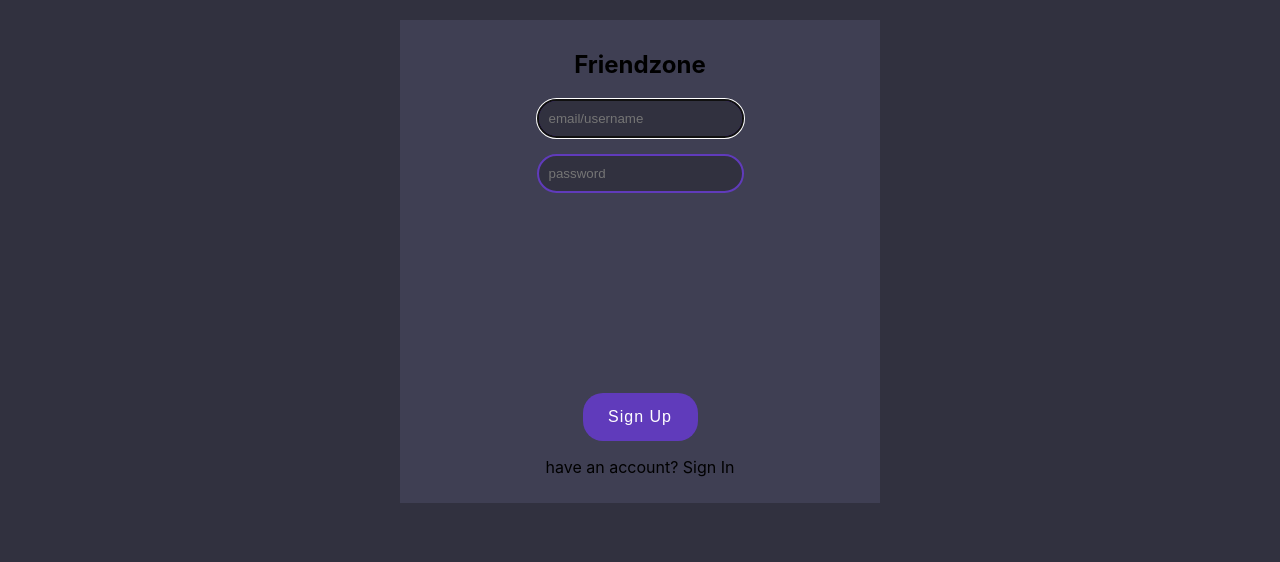
Repository: DerickT02/friend-zone
Page: /
The author's editor kept a copy of each file at every save. The page is drawn from the files as they stood at one save, then again after the next save.
The browser window is 1280 px wide. The pictures show the whole page.
The project was rebuilt for these pictures with package versions that can differ from the ones it lists, and the page was loaded fresh each time. Also part of the build but not shown: src/Appreducer.js, src/GlobalState.js, src/Post.js, src/Homepage.js, src/fire.js.

Above is the page before, as saved 2021-07-07 08:02:22.

### src/index.js
import React from 'react';
import ReactDOM from 'react-dom';
import './index.css';
import App from './App';


ReactDOM.render(

    <App />,
  document.getElementById('root')
);

// If you want to start measuring performance in your app, pass a function
// to log results (for example: reportWebVitals(console.log))
// or send to an analytics endpoint. Learn more: https://bit.ly/CRA-vitals

### src/index.css
body {
  margin: 0;
  font-family: -apple-system, BlinkMacSystemFont, 'Segoe UI', 'Roboto', 'Oxygen',
    'Ubuntu', 'Cantarell', 'Fira Sans', 'Droid Sans', 'Helvetica Neue',
    sans-serif;
  -webkit-font-smoothing: antialiased;
  -moz-osx-font-smoothing: grayscale;
  background-color: rgb(49, 49, 63);

}

code {
  font-family: source-code-pro, Menlo, Monaco, Consolas, 'Courier New',
    monospace;
}

### src/App.js
import React, { Component, useState, useEffect } from 'react'
import { BrowserRouter, Switch, Link, Route, Redirect, Router} from 'react-router-dom'
import Login from './Login'
import Homepage from './Homepage'
import './App.css'

import fire from './fire'
import GlobalProvider from './GlobalState'

function App() {
  const [user, setUser] = useState('')
  const [email, setEmail] = useState('')
  const [password, setPassword] = useState('')
  const [emailError, setEmailError] = useState('')
  const [passwordError, setPasswordError] = useState('')
  const [hasAccount, setHasAccount] = useState(false)

const clearInputs = () => {
  setEmail('')
  setPassword('')
}

const clearErrors = () => {
  setEmailError('');
  setPasswordError('')
}

const handleLogin = () => {
  clearErrors()
  fire
  .auth()
  .signInWithEmailAndPassword(email, password)
  .catch(err => {
      switch(err.code){
          case 'auth/invalid-email':
          case 'auth/user-disabled':
          case 'auth/user-not-found':
              setEmailError(err.message)
              break;
          case 'auth/wrong-password':
              setPasswordError(err.message)
              break
      }
  })
}

const handleSignup = () => {
  clearErrors()
  fire
  .auth()
  .createUserWithEmailAndPassword(email, password)
  .catch(err => {
      switch(err.code){
          case 'auth/email-already-in-use':
          case 'auth/invalid-email':
          setEmailError(err.message);
          break;

          case 'auth/weak-password':
          setPasswordError(err.message)
      }
  })
}

const handleLogout = () => {
  fire
  .auth()
  .signOut()
}

const authListener = () => {
  fire.auth().onAuthStateChanged((user) => {
    if(user){
      clearInputs()
      setUser(user)
    }
    else {
        setUser('')
    }
  })
}

useEffect(() => {
  authListener()
}, [])

  return (
    <div className="App">
    {user ? (
      <BrowserRouter>
      <GlobalProvider>
      <Switch>
        <Route exact path = '/'><Redirect to = "/homepage"/></Route>
        <Route exact path = '/homepage'><Homepage handleLogout = {handleLogout}/></Route>
      </Switch>
      </GlobalProvider>
     </BrowserRouter>
    ) : (

      <BrowserRouter>
      <Switch>
      <Route exact path = '/homepage'><Redirect to = "/" /></Route>
        <Route><Login email = {email}
            setEmail = {setEmail}
            password = {password}
            setPassword={setPassword}
            handleLogin={handleLogin}
            handleSignup={handleSignup}
            hasAccount={hasAccount}
            setHasAccount={setHasAccount}
            emailError={emailError}
            passwordError={passwordError} /></Route>
      </Switch>
      </BrowserRouter>
    )}

    </div>
  );
}

export default App;

### src/Login.js
import React, { Component, useState, useEffect } from 'react'
import './Login.css'
import {Link} from 'react-router-dom'

const Login = (props) => {
    const {email, setEmail, password, setPassword, handleLogin, handleSignup, hasAccount, setHasAccount, emailError, passwordError} = props
    return (
        <section className = "login">
        <div className="loginContainer" >

<h1>Friendzone</h1>


<div className = 'inputContainer'>
<input placeholder = 'email/username' type ="text" autoFocus required value = {email} onChange={(e) => setEmail(e.target.value)}/>
<p className ="errorMsg">{emailError}</p>

<input placeholder = 'password' type ="password" required value = {password} onChange={(e) => setPassword(e.target.value)} />
<p className = "errorMsg">{passwordError}</p>
</div>

<div className="btnContainer">

    {hasAccount ? (
        <div>
       <button type = "submit" onClick = {handleLogin}>Sign in</button>
        <p>Don't have an account? <span onClick ={() => setHasAccount(!hasAccount)}>Sign Up</span></p>
        </div>
    ):(
        <div>
        <button type = "submit" onClick={handleSignup}>Sign Up</button>
        <p>have an account? <span onClick = {() => setHasAccount(!hasAccount)}>Sign In</span></p>
        </div>
    )}

</div>
</div>
</section>





    )
}


export default Login

### src/Login.css
* {
  box-sizing: border-box;
}


.login .loginContainer {
 background-color: rgb(63, 63, 83);
 padding: 10px;
 margin-left: 400px;
 margin-right:400px;
 margin-top: 20px ;
}

.login .loginContainer .inputContainer{
  margin-top: 20px;
}

.login .loginContainer input {

  border: 2px solid #603bbb;
  width: 45%;
  padding: 10px;
  background-color: rgb(49, 49, 63);
  border-radius: 20px;
  color: white;
}




.btnContainer {
  margin-top: 200px;
}


.btnContainer button {
  border: none;
  border-radius: 20px;
  outline: none;
  width: 25%;
  padding: 15px 0;
  color: #fff;
  font-size: 16px;
  letter-spacing: 1px;
  background: #603bbb;
  cursor: pointer;
}

Loaded but not shown: public/index.html (common file); src/App.css (common file)

After the next save:
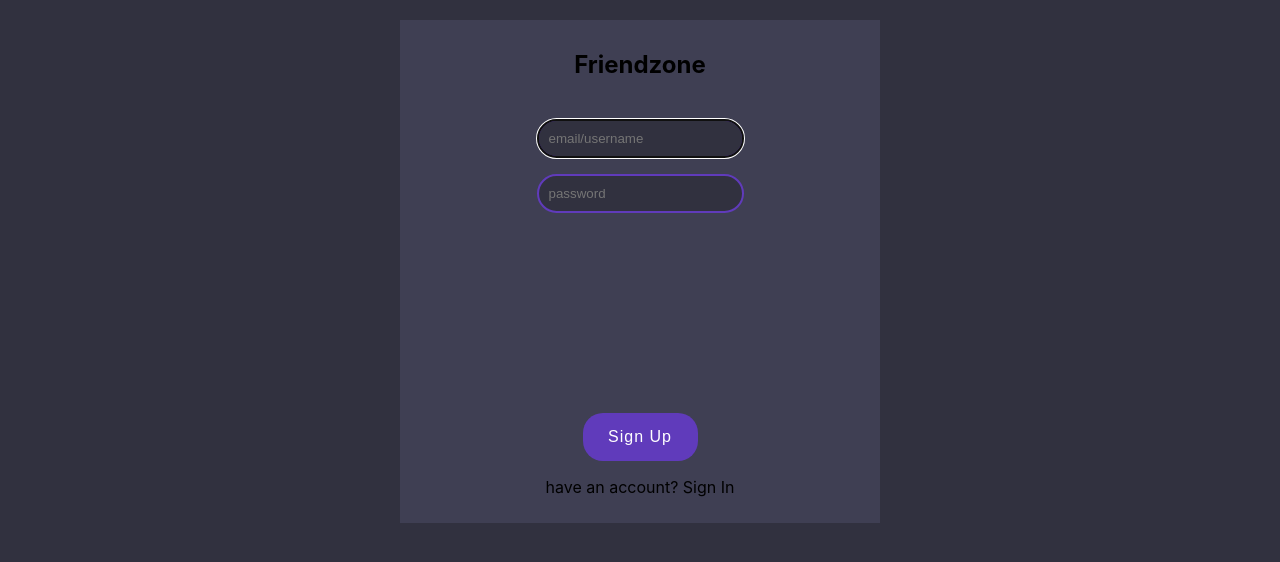
Saved 9 s later.
--- a/src/Login.css
+++ b/src/Login.css
@@ -12,7 +12,7 @@
 }
 
 .login .loginContainer .inputContainer{
-  margin-top: 20px;
+  padding-top: 20px;
 }
 
 .login .loginContainer input {
